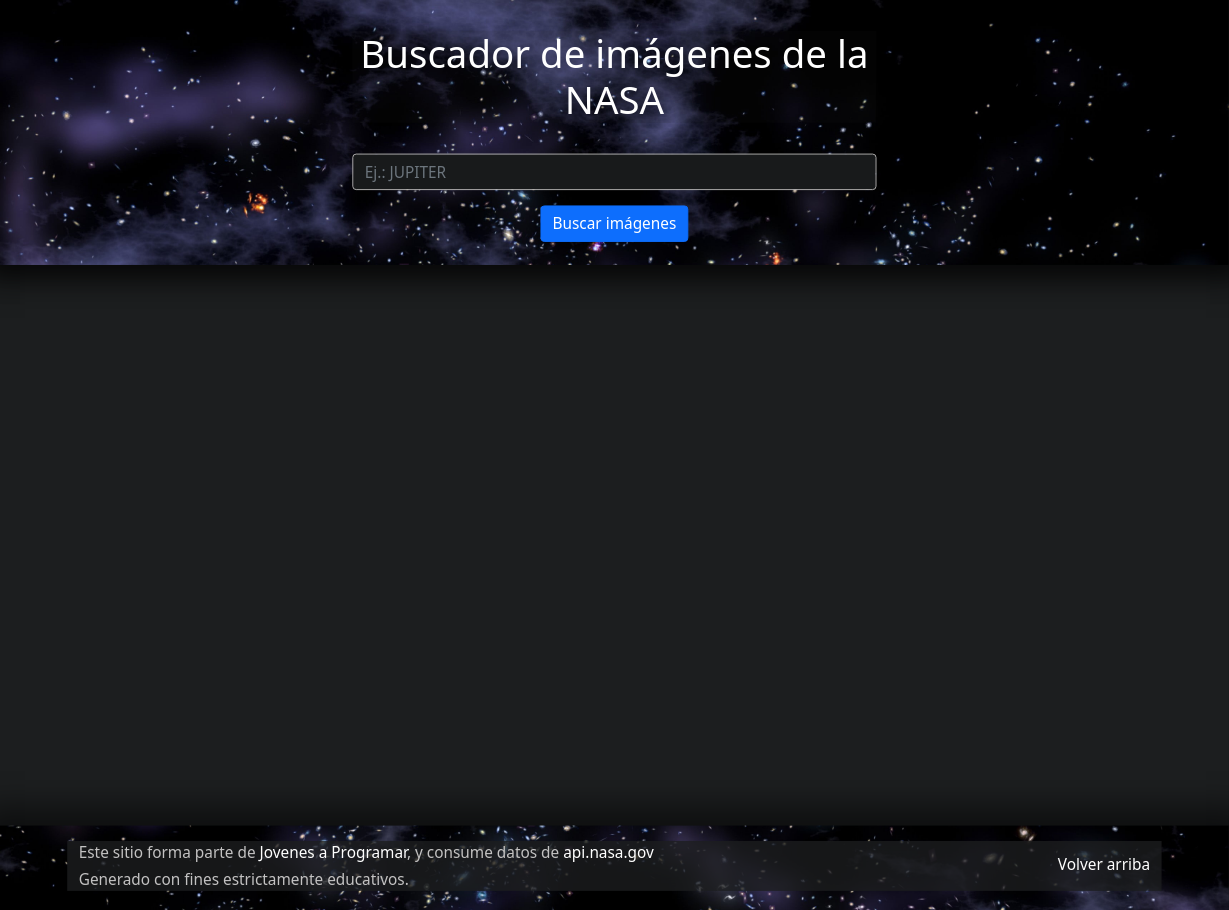
Repository: romancegirl/galaxies
Page: index.html
The author's editor kept a copy of each file at every save. The page is drawn from the files as they stood at one save, then again after the next save.
The browser window is 1280 px wide. The pictures show the whole page, at 96% of full size.

Above is the page before, as saved 2024-11-30 05:37:46.

After the next save:
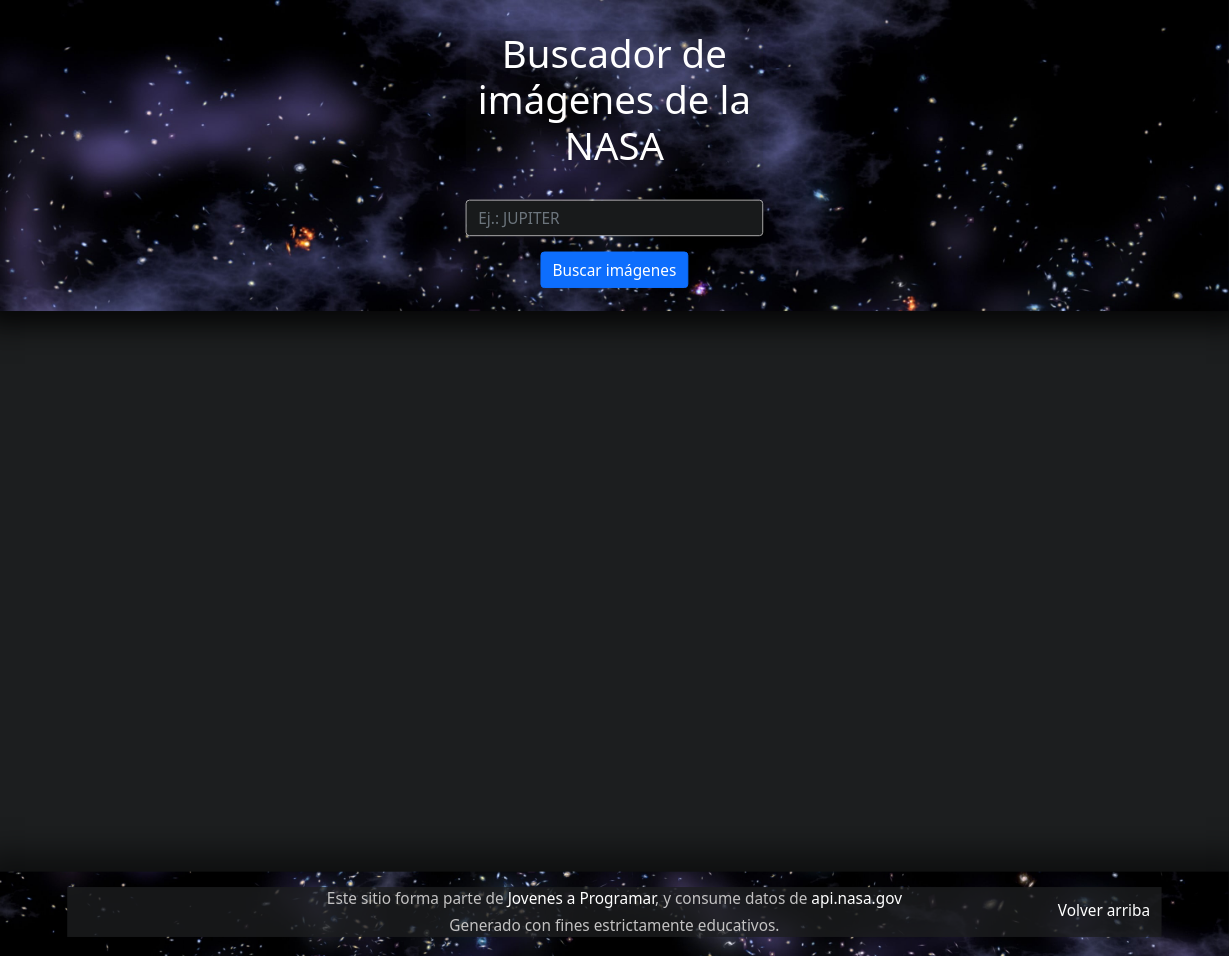
Saved 90 s later.
--- a/css/style.css
+++ b/css/style.css
@@ -12,9 +12,6 @@
     display: flex;
     flex-direction: column;
     min-height: 100vh;
-    align-items: center;
-    justify-content: center;
-    justify-items: center;
 }
 
 main {
@@ -55,6 +52,11 @@
     margin-bottom: 0.5rem;
 }
 
+.container {
+    align-items: center;
+    justify-content: center;
+    justify-items: center;
+}
 
 #contenedor {
     display: flex;
